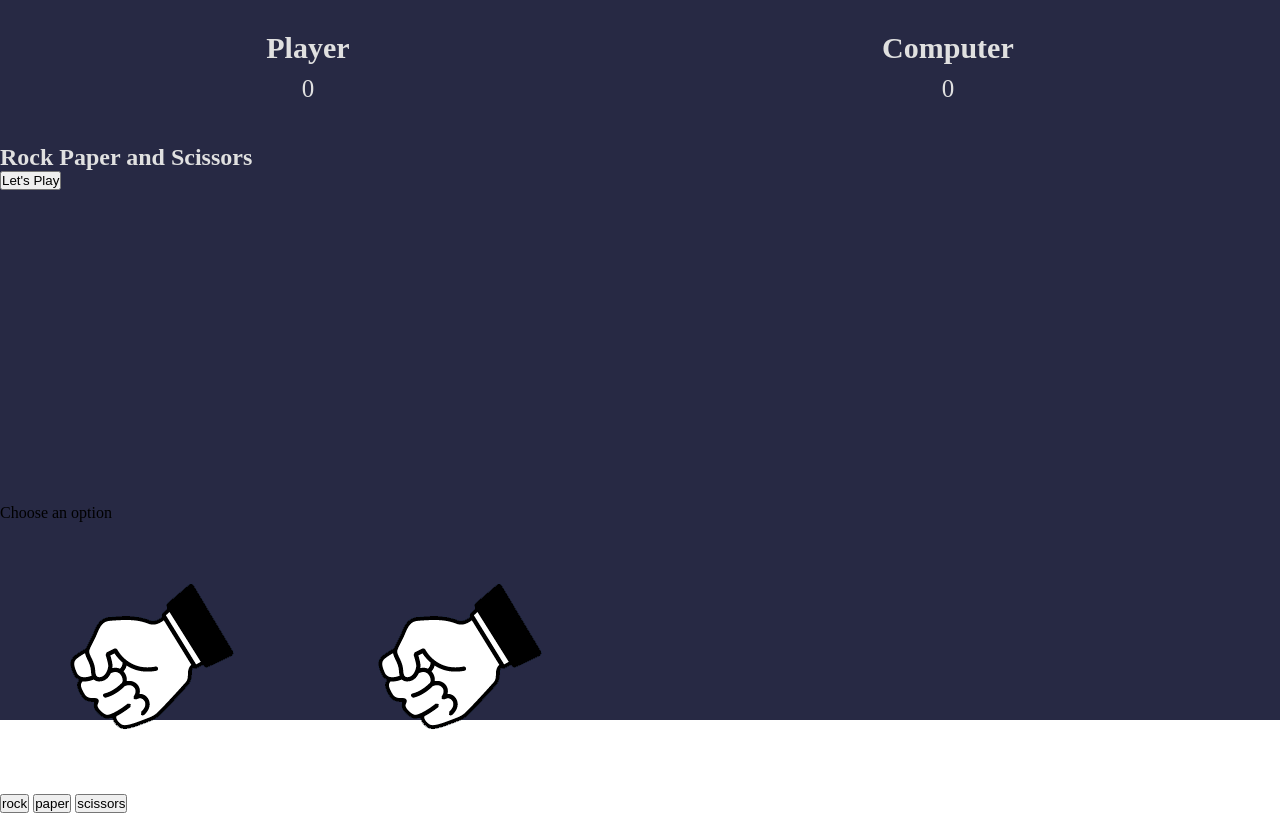
Repository: issaRan/Rock-Paper-Scissors
Page: index.html
The author's editor kept a copy of each file at every save. The page is drawn from the files as they stood at one save, then again after the next save.
The browser window is 1280 px wide. The pictures show the whole page.

Above is the page before, as saved 2020-10-23 22:33:47.

After the next save:
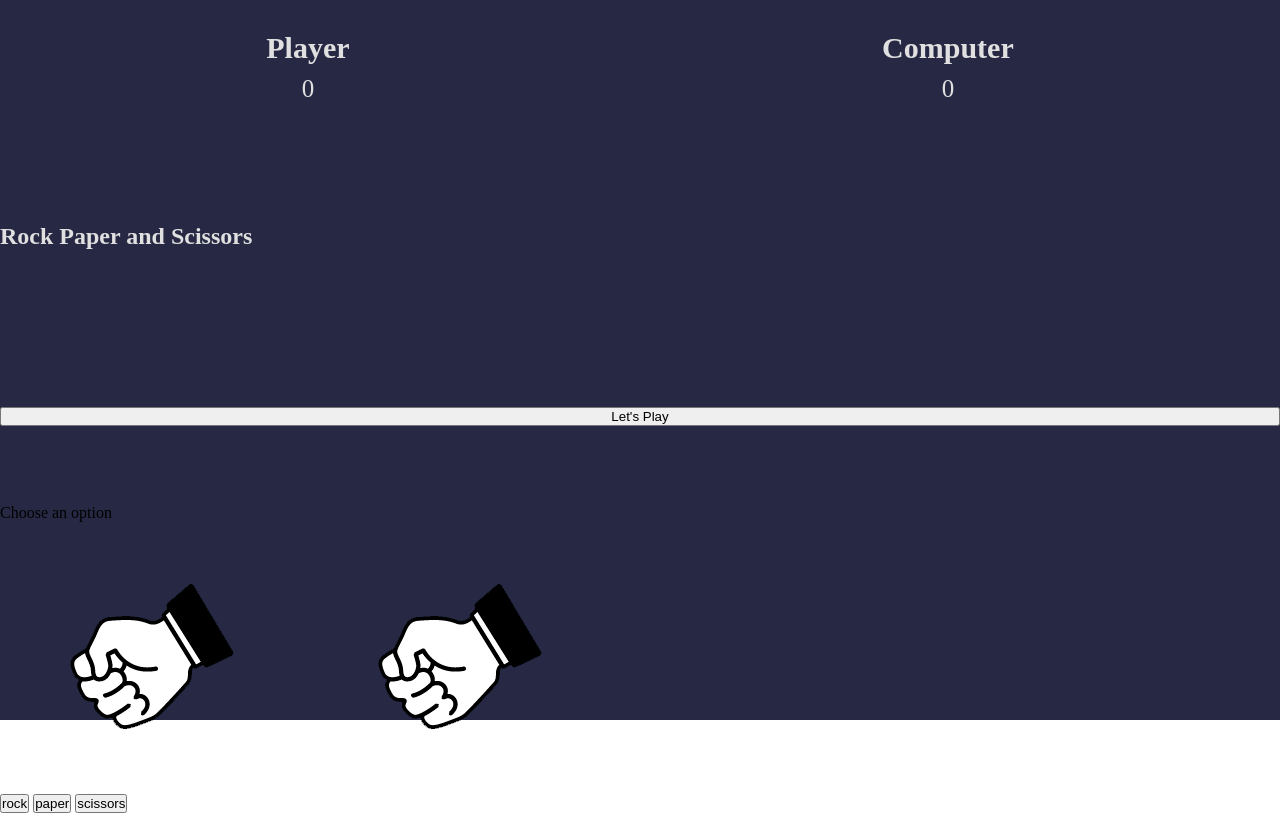
Saved 6 s later.
--- a/style.css
+++ b/style.css
@@ -29,5 +29,6 @@
     color: rgba(224, 224, 224);
     height: 50vh;
     flex-direction: column;
+    display: grid;
     align-items: center;
 }

After the save that followed:
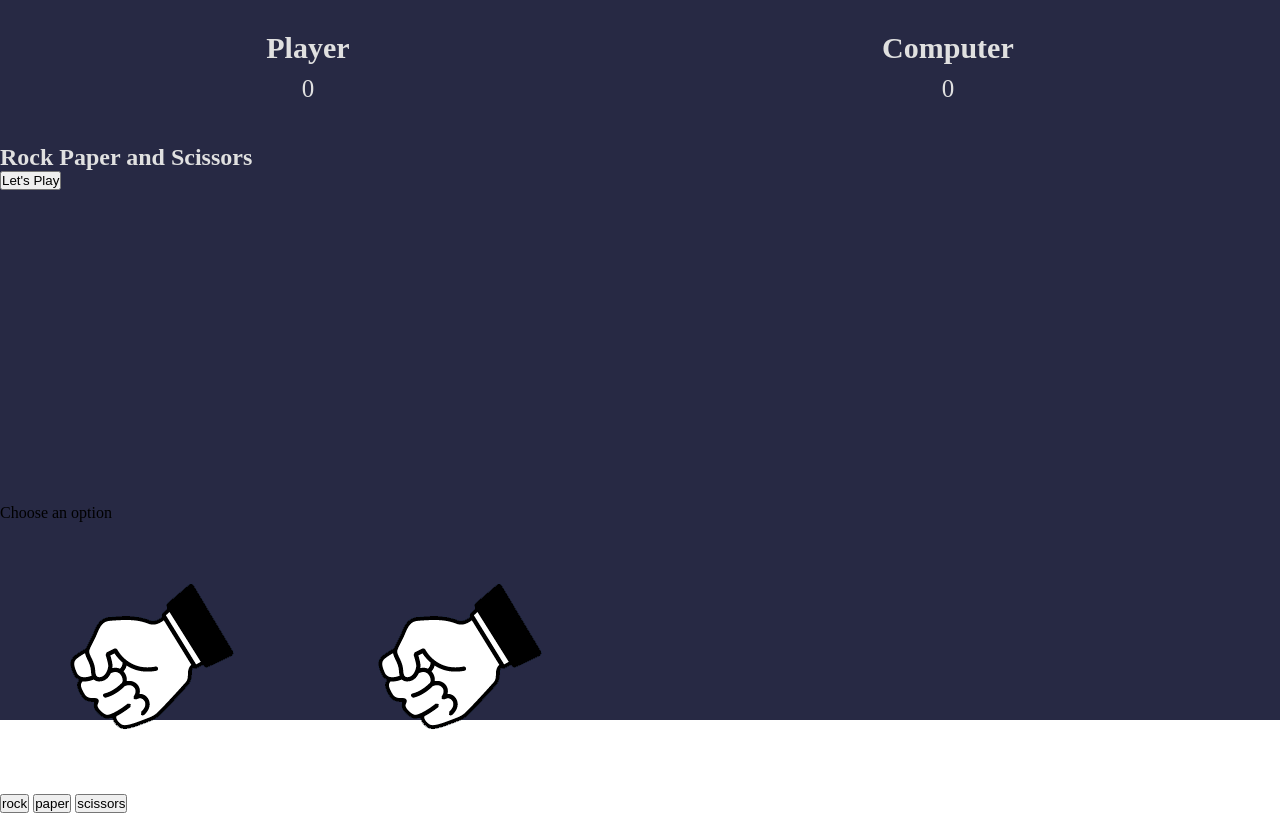
Saved 8 s later.
--- a/style.css
+++ b/style.css
@@ -29,6 +29,6 @@
     color: rgba(224, 224, 224);
     height: 50vh;
     flex-direction: column;
-    display: grid;
+    display: inline-flexbox;
     align-items: center;
 }
